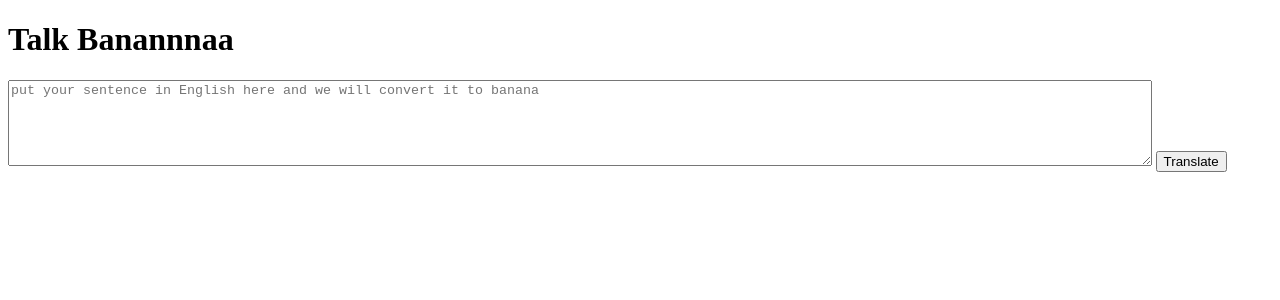
Repository: sohan2503001/Avator-speak
Page: index.html
These files come from the project's save history. The page is drawn as it stood at one moment and after a run of saves; the edit follows.
The browser window is 1280 px wide. The pictures show the whole page.

Above is the page before, as saved 2021-04-21 00:04:37.

### index.html
<!DOCTYPE html>
<html lang="en">

<head>
    <meta charset="UTF-8">
    <meta http-equiv="X-UA-Compatible" content="IE=edge">
    <meta name="viewport" content="width=device-width, initial-scale=1.0">
    <title>Banana Speak</title>
    <link rel="stylesheet" href="style.css">
</head>

<body>
    <h1>Talk Banannnaa</h1>
    <textarea placeholder="put your sentence in English here and we will convert it to banana"></textarea>
    <button id="btn-translate">Translate</button>


    <script src="app.js" type="text/javascript"></script>
</body>

</html>

### style.css
textarea{
    width: 90%;
    height: 10ch;
}

### app.js
var btnTranslate = document.getElementById("btn-translate");

After the next 6 saves:
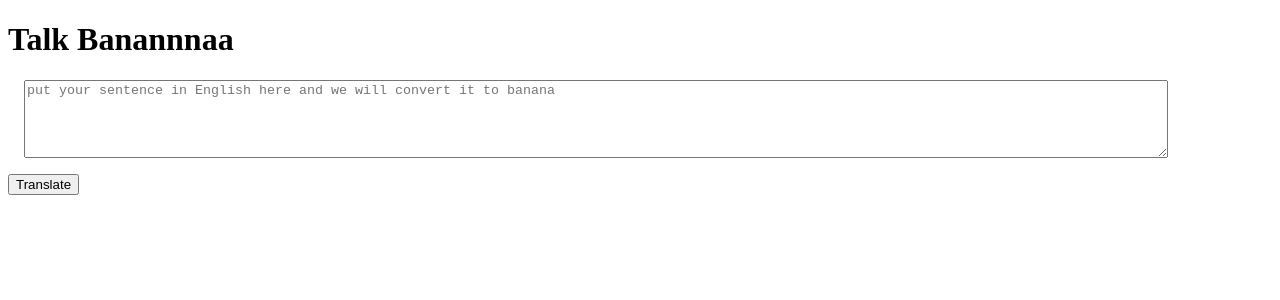
The 6 saves are shown as one change because they came seconds apart.
The last was saved 18 s later.
--- a/style.css
+++ b/style.css
@@ -1,4 +1,7 @@
 textarea{
     width: 90%;
-    height: 10ch;
+    height: 10vh;
+    display: block;
+    margin: 1rem;
+    padding: ;
 }
